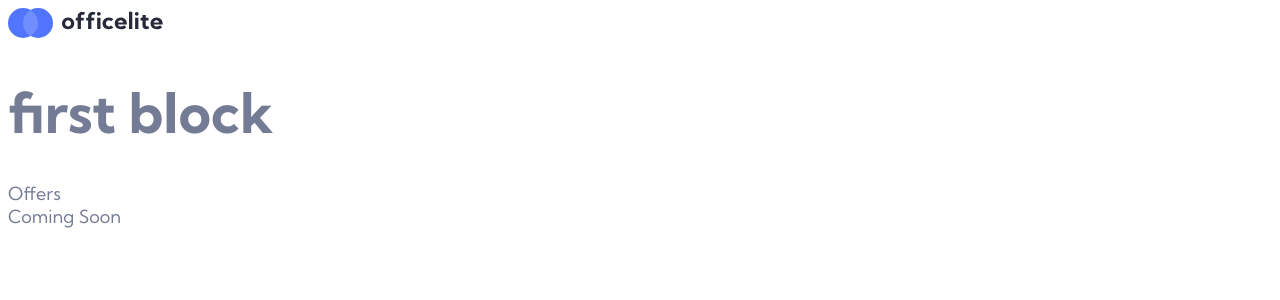
Repository: jodelajo/frontend-css-challenge
Page: index.html
The author's editor kept a copy of each file at every save. The page is drawn from the files as they stood at one save, then again after the next save.
The browser window is 1280 px wide. The pictures show the whole page.

Above is the page before, as saved 2022-02-28 12:44:46.

### index.html
<!DOCTYPE html>
<html lang="en">
  <head>
    <meta charset="UTF-8" />
    <meta name="viewport" content="width=device-width, initial-scale=1.0" />

    <link
      rel="icon"
      type="image/png"
      sizes="32x32"
      href="./assets/favicon-32x32.png"
    />
    <link rel="preconnect" href="https://fonts.googleapis.com" />
    <link rel="preconnect" href="https://fonts.gstatic.com" crossorigin />
    <link
      href="https://fonts.googleapis.com/css2?family=Kumbh+Sans:wght@400;700&display=swap"
      rel="stylesheet"
    />
    <link href="./index.css" type="text/css" rel="stylesheet" />
    <title>Frontend Mentor | Officelite coming soon site</title>
  </head>
  <body>
    <header>
      <img src="./assets/shared/logo.svg" alt="logo-officelite" />
    </header>
    <main>
      <h1>first block</h1>
      <div>Offers</div>
      <div>Coming Soon</div>
    </main>
  </body>
</html>

### index.css
:root {
  --colors-blue: #5175ff;
  --colors-dark: #333950;
  --colors-grey: #747b95;
  --colors-light-blue: #829cff;
  --colors-blackblue: #25293a;
  --colors-red: #f05b5b;
}

body {
  font-family: "Kumbh Sans", sans-serif;
  color: var(--colors-grey);
  font-size: 18px;
}
h1 {
  font-weight: bold;
  font-size: 56px;
  line-height: 64px;
}
h2 {
  font-weight: bold;
  font-size: 20px;
  line-height: 28px;
}

After the next save:
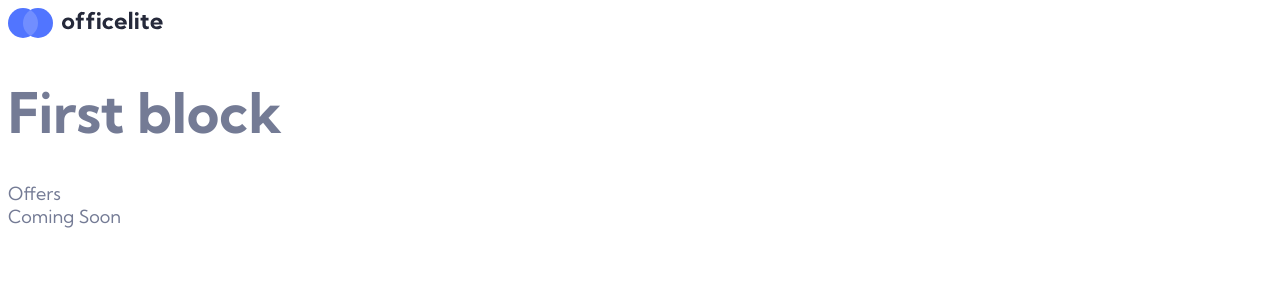
Saved 9 s later.
--- a/index.html
+++ b/index.html
@@ -24,7 +24,7 @@
       <img src="./assets/shared/logo.svg" alt="logo-officelite" />
     </header>
     <main>
-      <h1>first block</h1>
+      <h1>First block</h1>
       <div>Offers</div>
       <div>Coming Soon</div>
     </main>
